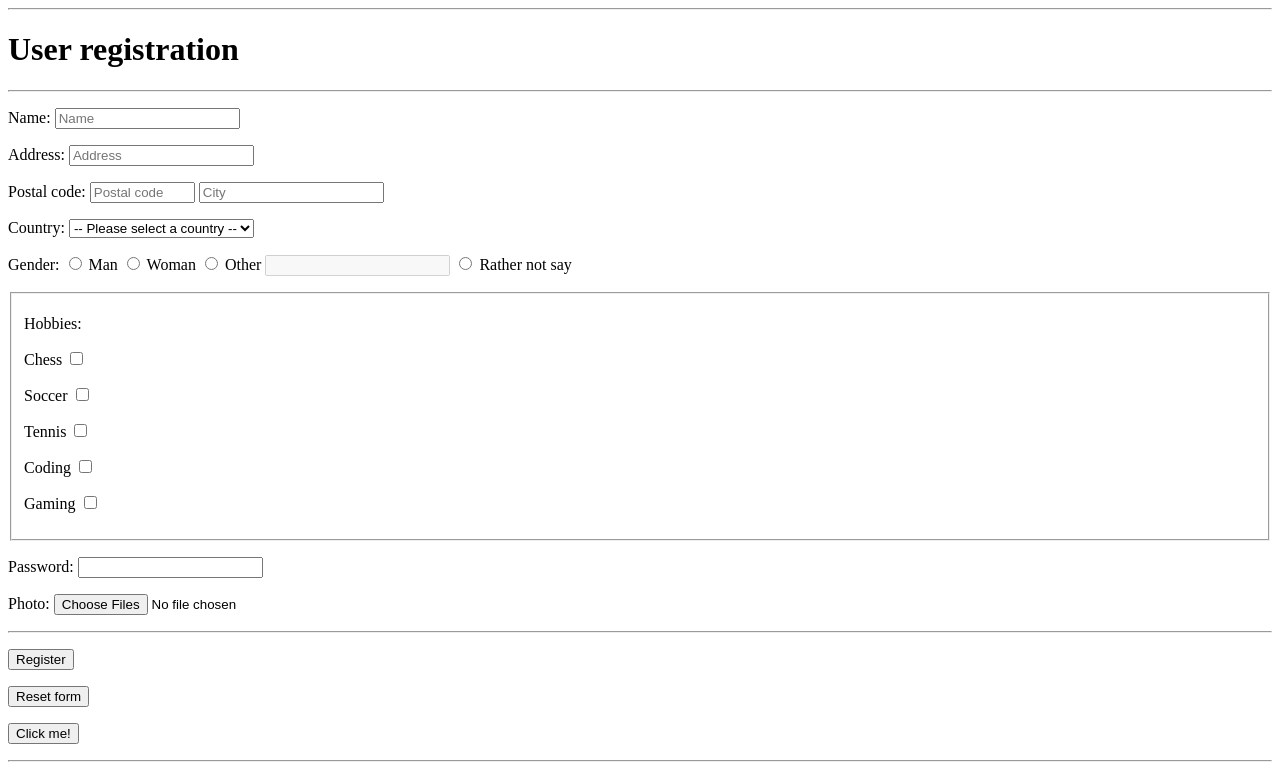
Repository: Filip-Husic/AW_frontend
Page: ex3Forms.html
The author's editor kept a copy of each file at every save. The page is drawn from the files as they stood at one save, then again after a run of saves.
The browser window is 1280 px wide. The pictures show the whole page.

Above is the page before, as saved 2022-11-23 14:05:29.
Console error: TypeError: Cannot set properties of null (setting 'onclick')

### ex3Forms.html
<!DOCTYPE html>
<html lang="en">

<head>
    <meta charset="UTF-8">
    <meta http-equiv="X-UA-Compatible" content="IE=edge">
    <meta name="viewport" content="width=device-width, initial-scale=1.0">
    <title>HTML - Forms</title>
    <script>

        document.getElementById("other").onclick = function () {

            document.getElementById("othergender").disabled = false;

            document.getElementById("othergender").focus;

        }

        document.getElementById("man").onclick = function () {

            document.getElementById("othergender").disabled = true;

            document.getElementById("othergender").value = "";

        }

        document.getElementById("woman").onclick = function () {

            document.getElementById("othergender").disabled = true;

            document.getElementById("othergender").value = "";

        }

        document.getElementById("none").onclick = function () {

            document.getElementById("othergender").disabled = true;

            document.getElementById("othergender").value = "";

        }
        document.getElementById("btButton").onclick = function () {

            document.getElementById("formRegister").submit();
        }
    </script>
</head>

<body>
    <hr>
    <h1>User registration</h1>
    <hr>
    <form id="formRegister" action="process.php" enctype="multipart/form-data">
        <p>
            <label for="name">Name:</label>
            <input type="text" id="name" name="name" maxlength="80" placeholder="Name" required>
        </p>
        <p>
            <label for="address">Address:</label>
            <input type="text" id="address" name="address" maxlength="80" placeholder="Address" required>
        </p>
        <p>
            <label for="pc">Postal code:</label>
            <input type="text" id="pc" name="pc" size="10" maxlength="10" placeholder="Postal code" required>
            <input type="text" id="pc_city" name="pc_city" size="20" maxlength="20" placeholder="City" required>
        </p>
        <p>
            <label for="country">Country:</label>
            <select name="country" id="country">
                <option value="">-- Please select a country --</option>
                <option value="hr">Croatia</option>
                <option value="pt">Portugal</option>
                <option value="sk">Slovakia</option>
                <option value="it">Italy</option>
            </select>
        </p>
        <p>
            Gender:
            <input type="radio" name="gender" id="man" value="M">
            <label for="man">Man</label>
            <input type="radio" name="gender" id="woman" value="F">
            <label for="woman">Woman</label>
            <input type="radio" name="gender" id="other" value="O">
            <label for="other">Other</label>
            <input type="text" name="gender" id="othergender" disabled>
            <input type="radio" name="gender" id="none" value="N">
            <label for="none">Rather not say</label>
        </p>
        <fieldset>
            <p>Hobbies:
                <p>
                    <label for="chess">Chess</label>
                    <input type="checkbox" name="hobbies" id="chess" value="chess">
                </p>
                <p>
                    <label for="soccer">Soccer</label>
                    <input type="checkbox" name="hobbies" id="soccer" value="soccer">
                </p>
                <p>
                    <label for="tennis">Tennis</label>
                    <input type="checkbox" name="hobbies" id="tennis" value="tennis">
                </p>
                <p>
                    <label for="coding">Coding</label>
                    <input type="checkbox" name="hobbies" id="coding" value="coding">
                </p>
                <p>
                    <label for="gaming">Gaming</label>
                    <input type="checkbox" name="hobbies" id="gaming" value="gaming">
                </p>
            </p>
        </fieldset>
        <p>
            <label for="password">Password:</label>
            <input type="password" id="password" name="password">
        </p>

        <p>
            <label for="photo">Photo:</label>
            <input type="file" name="photo" id="photo" multiple accept="image/png, image/jpeg">
        </p>
        <hr>
        <p>
            <button type="submit" id="btSubmit" name="btSubmit">Register</button>
        </p>
        <p>
            <input type="reset" id="btReset" name="btReset" value="Reset form"></input>
        </p>
        <p>
            <input type="button" id="btButton" name="btButton" value="Click me!"></input>
        </p>
        <hr>
    </form>
</body>

</html>

After the next 2 saves:
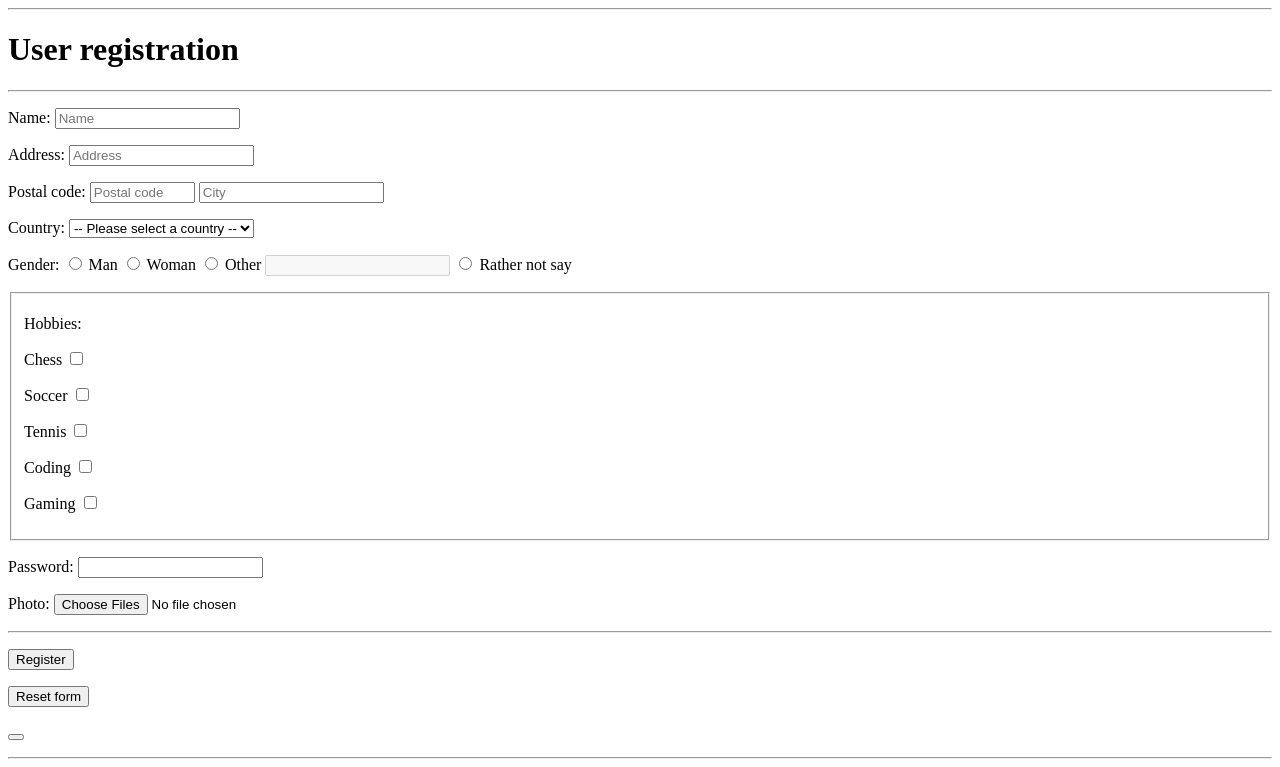
The 2 saves are shown as one change because they came seconds apart.
The last was saved 38 s later.
--- a/ex3Forms.html
+++ b/ex3Forms.html
@@ -127,7 +127,7 @@
             <input type="reset" id="btReset" name="btReset" value="Reset form"></input>
         </p>
         <p>
-            <input type="button" id="btButton" name="btButton" value="Click me!"></input>
+            <button type="button" id="btButton" name="btButton" value="Click me!"></button>
         </p>
         <hr>
     </form>

After the save that followed:
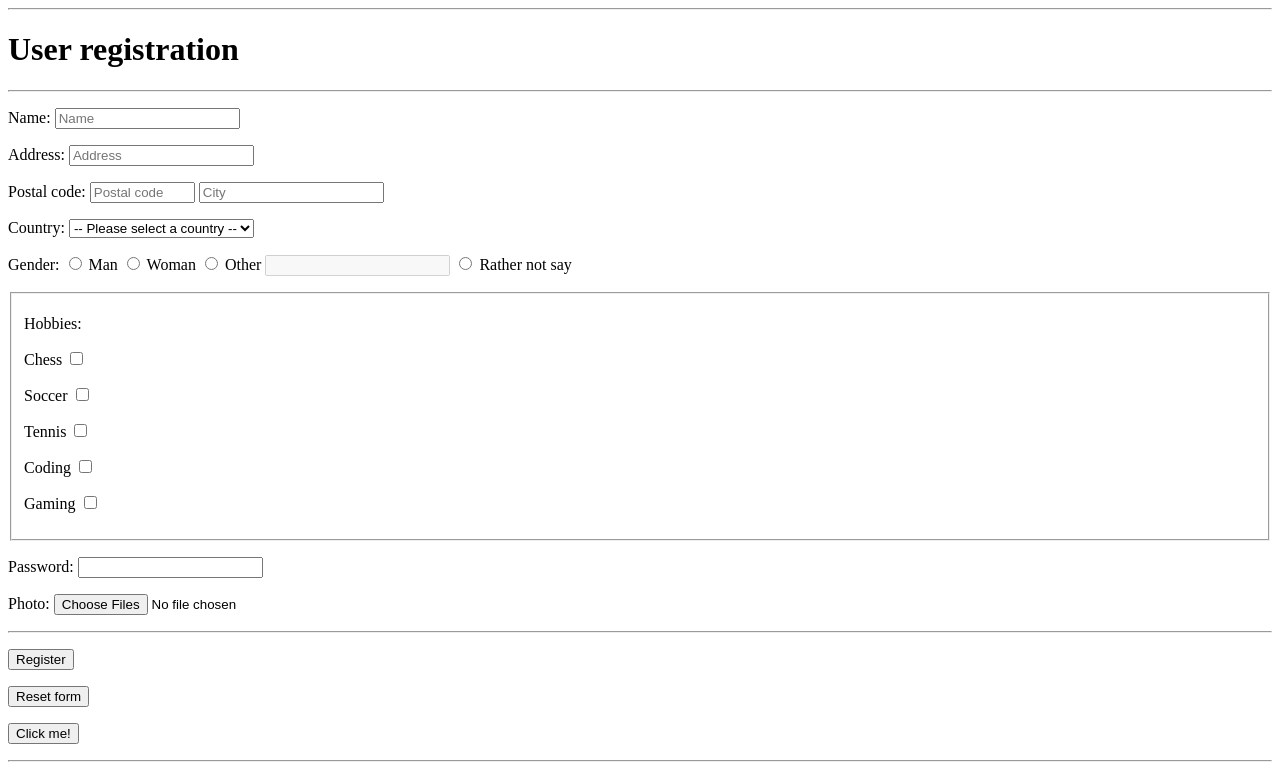
Saved 16 s later.
--- a/ex3Forms.html
+++ b/ex3Forms.html
@@ -127,7 +127,7 @@
             <input type="reset" id="btReset" name="btReset" value="Reset form"></input>
         </p>
         <p>
-            <button type="button" id="btButton" name="btButton" value="Click me!"></button>
+            <input type="button" id="btButton" name="btButton" value="Click me!"></input>
         </p>
         <hr>
     </form>
